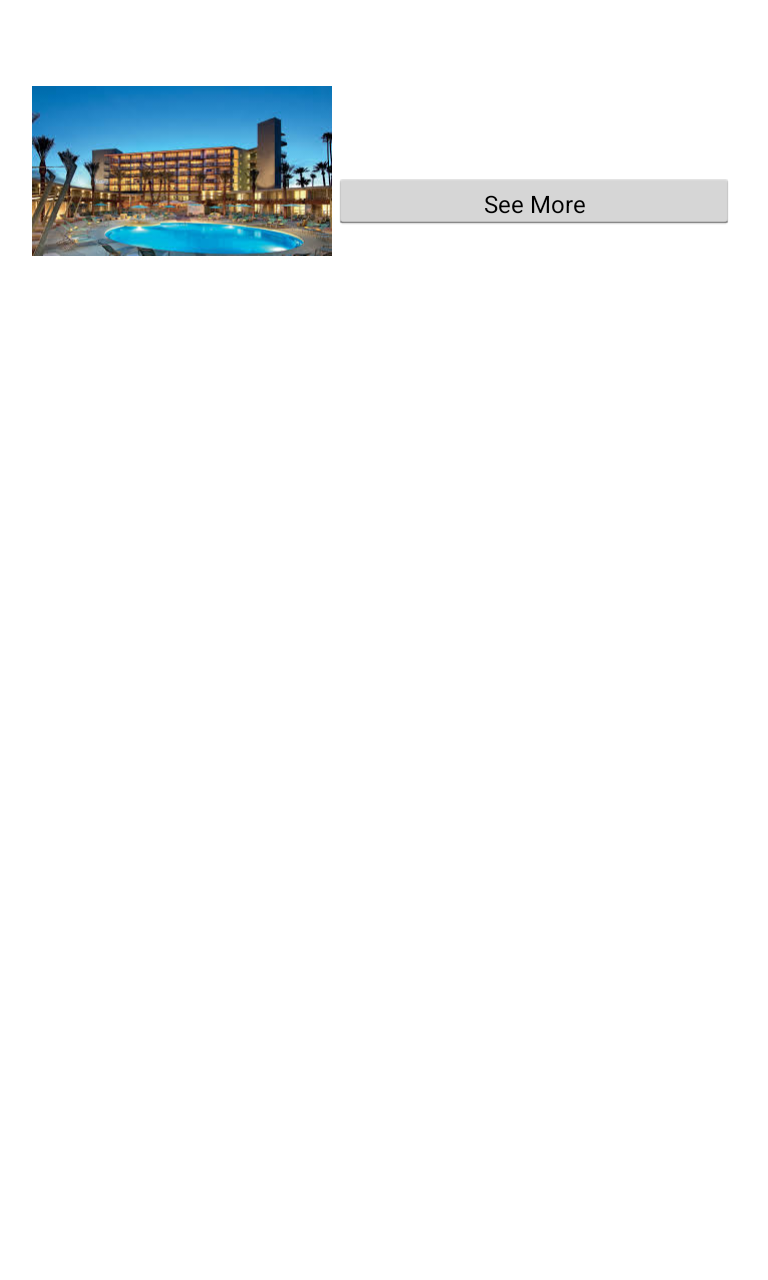
Repository: alyssialui/NCMS
Layout: CodeSprint/HotelLocator/res/layout/activity_featured.xml
An editor plug-in stored every save of this project. The layout is shown before and after a run of saves, followed by the edit.
It is drawn on a 768 x 1280 px phone screen (xhdpi) without system bars, with theme AppTheme; the app's code is not run. Lists and similar views that code fills are empty. The app's manifest (not shown) leaves right-to-left support off. So textAlignment, textDirection and layoutDirection are ignored, and left and right values win over start and end ones.

Above is the layout before, as saved 2013-04-09 02:15:31.

After the next 2 saves:
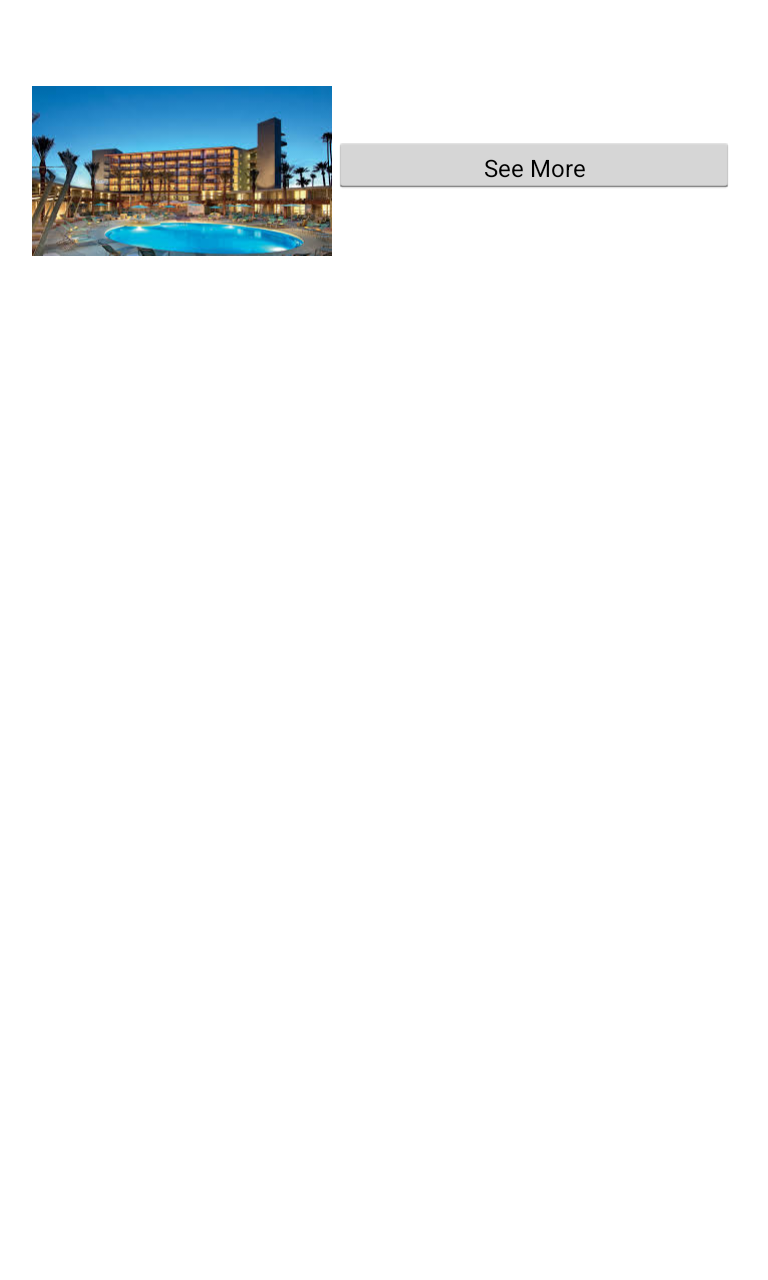
The 2 saves are shown as one change because 1 did not build or start.
The last was saved 2 min 36 s later.
--- a/CodeSprint/HotelLocator/res/layout/activity_featured.xml
+++ b/CodeSprint/HotelLocator/res/layout/activity_featured.xml
@@ -37,7 +37,6 @@
             android:layout_width="match_parent"
             android:layout_height="wrap_content"
             android:layout_marginLeft="14dp"
-            android:layout_marginTop="18dp"
             android:textAppearance="?android:attr/textAppearanceMedium" />
 
         <Button
